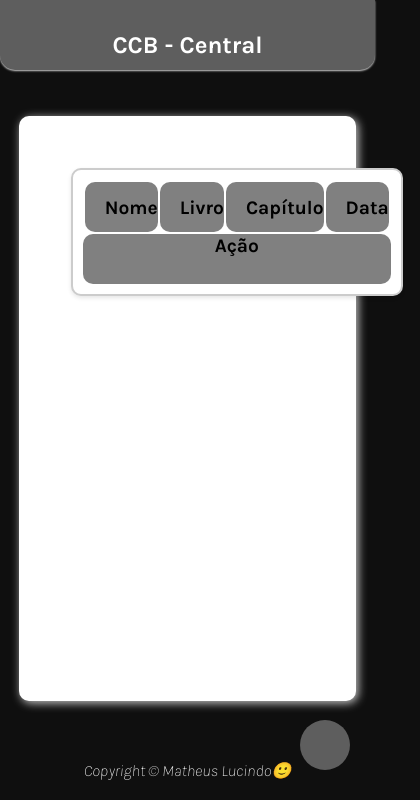
Repository: Matheus904-12/API-da-CCB
Page: index.html
The author's editor kept a copy of each file at every save. The page is drawn from the files as they stood at one save, then again after a run of saves.
The browser window is 375 px wide. The page is 405 px wide, then 420 px, so the pictures cover 420 px, including what lies to the right of the window. The pictures show the whole page.

Above is the page before, as saved 2024-01-14 01:30:11.

### index.html
<!DOCTYPE html>
<html lang="pt-BR">

<head>
    <meta charset="UTF-8">
    <meta http-equiv="X-UA-Compatible" content="IE=edge">
    <meta name="viewport" content="width=device-width, initial-scale=1.0">
    <link rel="preconnect" href="https://fonts.gstatic.com">
    <link href="https://fonts.googleapis.com/css2?family=Karla:ital,wght@0,400;0,700;1,200;1,800&display=swap"
        rel="stylesheet">
    <link rel="stylesheet" href="principal.css">
    <link rel="stylesheet" href="botao.css">
    <link rel="stylesheet" href="registros.css">
    <link rel="stylesheet" href="modal.css">
    <link rel="stylesheet" href="chat.css">
    <script src="script.js" defer></script>
    <title>CCB - Central</title>
</head>

<body>
    <header>

        <h1 class="header-title">CCB - Central</h1>
    </header>
    <br>
    <br>
    <br>
    <br>
    <main>
        <button type="button" class="button blue mobile" id="cadastrarCliente">Adicionar Recitativo</button>
        <table id="tableClient" class="records">
            <thead>
                <tr>
                    <th>Nome</th>
                    <th>Livro</th>
                    <th>Capítulo</th>
                    <th>Data</th>
                    <th>Ação</th>
                </tr>
            </thead>
            <tbody>

            </tbody>
        </table>
        <div class="modal" id="modal">
            <div class="modal-content">
                <header class="modal-header">
                    <h2>Recitativo</h2>
                    <span class="modal-close" id="modalClose">&#10006;</span>
                </header>
                <form id="form" class="modal-form">


                    <input type="text" id="nome" data-index="new" class="modal-field" placeholder="Nome"
                        required>

                    <input type="text" id="livro" class="modal-field" placeholder="Livro" required>

                    <input type="number" id="capitulo" class="modal-field" placeholder="Capítulo" required>

                    <input type="number" id="versiculo" class="modal-field" placeholder="Versículo" required>

                    <input type="date" id="data" class="modal-field" placeholder="Data" required>

                    <label for="auxiliar">Auxiliar</label>
                        <select id="auxiliar" class="modal-field">
                            <option value="none">Nenhum</option>
                            <option value="aline">Aline Gomes Santos</option>
                            <option value="alfredo">Alfredo Bruske Schuster</option>
                            <option value="alef">Alef Vinicius</option>
                            <option value="jose">José Victor Zeller Gonçalves</option>
                            <option value="jonas">Jonas Amorim Lopes da Silva</option>
                            <option value="loraine">Loraine de Assis Souza</option>
                            <option value="natalia">Natália de Sena Marques</option>
                        </select>


                </form>
                <footer class="modal-footer">
                    <button id="salvar" class="button green">Salvar</button>
                    <button id="cancelar" class="button blue">Cancelar</button>
                </footer>
            </div>
        </div>
    </main>
    <footer>
        Copyright &copy; Matheus Lucindo🙂
    </footer>
</body>

</html>

### principal.css
*{
    padding: 0;
    margin: 0;
    box-sizing: border-box;
}

:root{
    --primary-color: #5e5e5e;
    --secundary-color: #bdbd00;
    --shadow-color: #CCC;
    --text-color: #FFF;
}

body{
    min-height: 100vh;
    display: flex;
    flex-direction: column;
    font-family: 'karla', sans-serif;
    position:relative;
    background-color: #0f0f0f;
}

header{
    background-color: var(--primary-color);
    height: 70px;
    text-align: center;
    line-height: 70px;
    box-shadow: 0 1px 2px var(--shadow-color);
    border-radius: 0px 0px 15px 15px;
}

.header-title{
    color: white;
    font-size: 2rem;
}

main{
    flex-grow: 1;
    display: flex;
    flex-direction: column;
    align-items: flex-start;
    width: 90%;
    margin: 5vh auto;
    padding: 50px;
    box-shadow: 2px 2px 10px var(--shadow-color);
    gap: 20px;
    border-radius: 10px;
    background-color: #ffffff;
}

main, th {
}

footer{
    width:100;
    text-align: center;
    font-weight: 200;
    font-style: italic;
    padding: 20px;
    color: white;
}

### botao.css
.button{
    border-style: none;
    height: 40px;
    padding: 6px 12px;
    background-color: black;
    color: white;
    font-size: 1rem;
    cursor: pointer;
    transition: box-shadow .6s ease;
    border-radius: 10px;
}

.button.blue{
    background-color: #bdbd00;
}

button.green{
    background-color: #13CE66;
}

button.red{
    background-color: #FF4949;
}

.button:hover{
    box-shadow: inset 200px 0 0 #00000055;
}

/* Estilização da barra de rolagem */
::-webkit-scrollbar {
    width: 12px; /* Largura da barra de rolagem */
    border-radius: 10px;
}

::-webkit-scrollbar-thumb {
    background-color: #dbc834; /* Cor do polegar da barra de rolagem */
    border-radius: 100px; /* Borda do polegar da barra de rolagem */
}

::-webkit-scrollbar-track {
    display: none;
}

::-webkit-scrollbar-thumb:hover {
    background-color: #bdbd00; /* Cor do polegar da barra de rolagem ao passar o mouse sobre ele */
}

### registros.css
.records{
    width: 100%;
    user-select: none;
    text-align: left;
}

.records th{
    height: 50px;
    background-color:gray;
    padding-left: 20px;
    font-size: 1.2rem;
    border-radius: 10px;
}
.records td{
    height: 50px;
    padding-left: 20px;
    border-radius: 10px;
}

.records th:last-child,
.records td:last-child{
    padding: 0;
    min-width: 140px;
    text-align: center;
}

.records tr:hover{
    background-color: var(--secundary-color);
}

.records tr {
    border-radius: 10px;
}

### modal.css
.modal{
    position: fixed;
    top:0;
    left:0;
    width: 100%;
    height: 100%;
    background: #00000090;
    opacity: 0;
    z-index: -1;
}

.modal.active{
    opacity: 1;
    z-index: 1;
}

.modal-content{
    display: flex;
    flex-direction: column;
    gap:20px;
    width: 50vw;
    margin: 15vh auto;
    padding-bottom: 20px;
    background-color: white;
    box-shadow: 1px 1px 10px black;
    border-radius: 15px;
}

.modal-header{
    display: flex;
    position: relative;
    justify-content: center;
    height: 40px;
    line-height: 40px;
    font-size: 1rem;
    border-radius: 10px;
}

.modal-header, #h2 {
    color: white
}

.modal-close{
    position: absolute;
    right: 0;
    display: block;
    width: 40px;
    height: 40px;
    text-align: center;
    user-select: none;
    cursor: pointer;
    border-radius: 10px;
}

.modal-close:hover{
    background-color: #FF4949;
    color: white;
}

.modal-form{
    display: flex;
    justify-content: space-between;
    flex-wrap: wrap;
    gap: 20px;
    padding: 0 20px;
}

.modal-field{
    width: calc(50% - 10px);
    height: 40px;
    outline-style: none;
    border-style: none;
    box-shadow: 0 0 2px black;
    padding: 0 10px;
    font-size:1rem;
    border-radius: 10px;
}

.modal-field:focus{
    border: 2px solid var(--primary-color);
    box-shadow: 0 0 3px var(--primary-color);
}


.modal-footer{
    background-color: inherit;
    text-align: right;
    padding: 0 20px;
}

### chat.css
@media (max-width: 480px) {
    header {
        position: fixed;
        width: 100%;
        background-color: var(--primary-color);
        z-index: 1000;
    }

    .header-title {
        font-size: 1.5rem;
        color: white;
        padding: 10px;
        text-align: center;
    }

    .button.mobile {
        font-size: 0;
        width: 50px;
        height: 50px;
        border-radius: 50%;
        position: fixed;
        top: 90vh;
        left: 80vw;
        background-color: var(--primary-color);
        border: none;
        display: flex;
        align-items: center;
        justify-content: center;
        z-index: 1001;
    }

    .button.mobile img {
        width: 60%;
        height: 60%;
        filter: invert(1);
    }

    .records th.mobile,
    .records td.mobile {
        display: none;
    }

    .records tr {
        border-radius: 10px;
        display: block;
        margin-bottom: 20px;
        border: 2px solid #ccc;
        background-color: white;
        box-shadow: 0 2px 4px rgba(0, 0, 0, 0.1);
        padding: 10px;
        margin
    }

    .records td {
        display: flex;
        flex-wrap: wrap;
        justify-content: space-between;
        margin: 10px 0;
    }

    .records th:last-child,
    .records td:last-child {
        padding: 0;
        min-width: 140px;
        text-align: center;
        display: block;
        margin: 0 auto;
    }

    .modal {
        top: 100%;
        transition: all 1s ease;
        background-color: rgba(0, 0, 0, 0.5);
        display: flex;
        align-items: center;
        justify-content: center;
    }

    .modal.active {
        top: 0;
    }

    .modal-content {
        margin: 0;
        width: 90%;
        max-width: 400px;
        background-color: white;
        box-shadow: 0 2px 4px rgba(0, 0, 0, 0.1);
        border-radius: 10px;
        padding: 20px;
        position: relative;
    }

    .modal-field {
        width: 100%;
        margin-bottom: 15px;
        padding: 10px;
        border: 1px solid #ccc;
        border-radius: 5px;
        box-sizing: border-box;
    }
}

### script.js
'use strict'

const openModal = () => document.getElementById('modal')
    .classList.add('active')

const closeModal = () => {
    clearFields()
    document.getElementById('modal').classList.remove('active')
}


const getLocalStorage = () => JSON.parse(localStorage.getItem('db_client')) ?? []
const setLocalStorage = (dbClient) => localStorage.setItem("db_client", JSON.stringify(dbClient))

// CRUD - create read update delete
const deleteClient = (index) => {
    const dbClient = readClient()
    dbClient.splice(index, 1)
    setLocalStorage(dbClient)
}

const updateClient = (index, client) => {
    const dbClient = readClient()
    dbClient[index] = client
    setLocalStorage(dbClient)
}

const readClient = () => getLocalStorage()

const createClient = (client) => {
    const dbClient = getLocalStorage()
    dbClient.push (client)
    setLocalStorage(dbClient)
}

const isValidFields = () => {
    return document.getElementById('form').reportValidity()
}

//Interação com o layout

const clearFields = () => {
    const fields = document.querySelectorAll('.modal-field')
    fields.forEach(field => field.value = "")
    document.getElementById('nome').dataset.index = 'new'
    document.querySelector(".modal-header>h2").textContent  = 'Novo Versículo'
}

const saveClient = () => {
    if (isValidFields()) {
        const client = {
            auxiliar: document.getElementById('auxiliar').value,
            nome: document.getElementById('nome').value,
            livro: document.getElementById('livro').value,
            capitulo: document.getElementById('capitulo').value,
            versiculo: document.getElementById('versiculo').value,
            data: document.getElementById('data').value
        }
        const index = document.getElementById('nome').dataset.index;
        if (index == 'new') {
            createClient(client);
            updateTable();
            closeModal();
        } else {
            updateClient(index, client);
            updateTable();
            closeModal();
        }
    }
}

const createRow = (client, index) => {
    const newRow = document.createElement('tr')
    newRow.innerHTML = `

        <td>${client.nome}</td>
        <td>${client.livro}</td>
        <td>${client.capitulo}</td>
        <td>${client.data}</td>
        <td>
            <button type="button" class="button green" id="edit-${index}">Editar</button>
            <button type="button" class="button red" id="delete-${index}" >Excluir</button>
        </td>
    `
    document.querySelector('#tableClient>tbody').appendChild(newRow)
}

const clearTable = () => {
    const rows = document.querySelectorAll('#tableClient>tbody tr')
    rows.forEach(row => row.parentNode.removeChild(row))
}

const updateTable = () => {
    const dbClient = readClient()
    clearTable()
    dbClient.forEach(createRow)
}

const fillFields = (client) => {
    document.getElementById('auxiliar').value = client.auxiliar
    document.getElementById('nome').value = client.nome
    document.getElementById('livro').value = client.livro
    document.getElementById('capitulo').value = client.capitulo
    document.getElementById('versiculo').value = client.versiculo
    document.getElementById('data').value = client.data
    document.getElementById('nome').dataset.index = client.index
}

const editClient = (index) => {
    const client = readClient()[index]
    client.index = index
    fillFields(client)
    document.querySelector(".modal-header>h2").textContent  = `Editando ${client.nome}`
    openModal()
}

const editDelete = (event) => {
    if (event.target.type == 'button') {

        const [action, index] = event.target.id.split('-')

        if (action == 'edit') {
            editClient(index)
        } else {
            const client = readClient()[index]
            const response = confirm(`Deseja realmente excluir o cliente ${client.nome}`)
            if (response) {
                deleteClient(index)
                updateTable()
            }
        }
    }
}

updateTable()

// Eventos
document.getElementById('cadastrarCliente')
    .addEventListener('click', openModal)

document.getElementById('modalClose')
    .addEventListener('click', closeModal)

document.getElementById('salvar')
    .addEventListener('click', saveClient)

document.querySelector('#tableClient>tbody')
    .addEventListener('click', editDelete)

document.getElementById('cancelar')
    .addEventListener('click', closeModal)

After the next 2 saves:
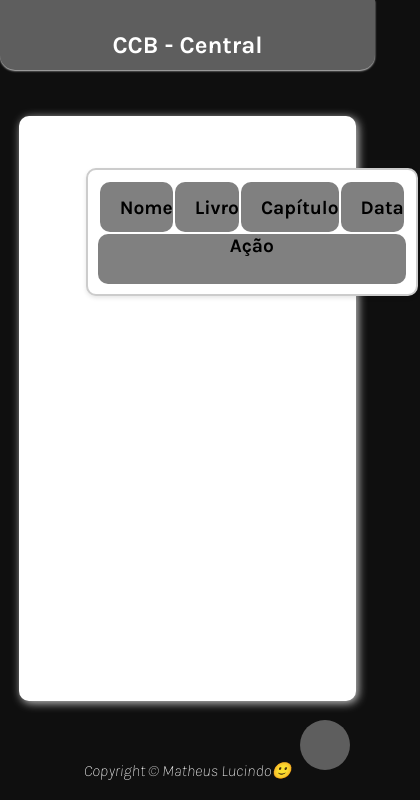
The 2 saves are shown as one change because they came seconds apart.
The last was saved 7 s later.
--- a/chat.css
+++ b/chat.css
@@ -48,7 +48,7 @@
         background-color: white;
         box-shadow: 0 2px 4px rgba(0, 0, 0, 0.1);
         padding: 10px;
-        margin
+        margin-left: 15px;
     }
 
     .records td {
